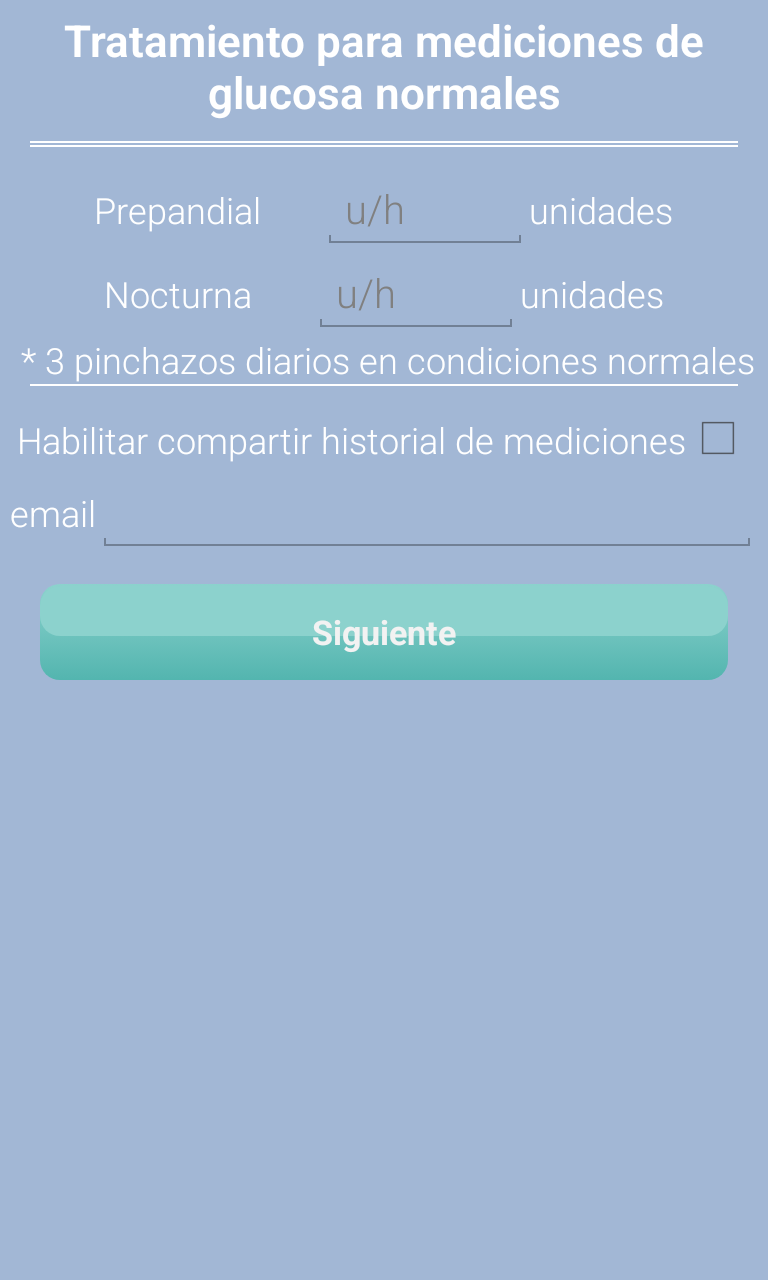
Repository: HectorGarciaMiguel/ssii-diabetes-060036
Layout: SeguimientoDiabetes/res/layout/activity_configuracion2_tipo1.xml
The author's editor kept a copy of each file at every save. The layout is drawn from the files as they stood at one save, then again after the next save.
It is drawn on a 768 x 1280 px phone screen (xhdpi) without system bars, with theme AppTheme; the app's code is not run.

Above is the layout before, as saved 2015-11-20 18:10:09.

After the next save:
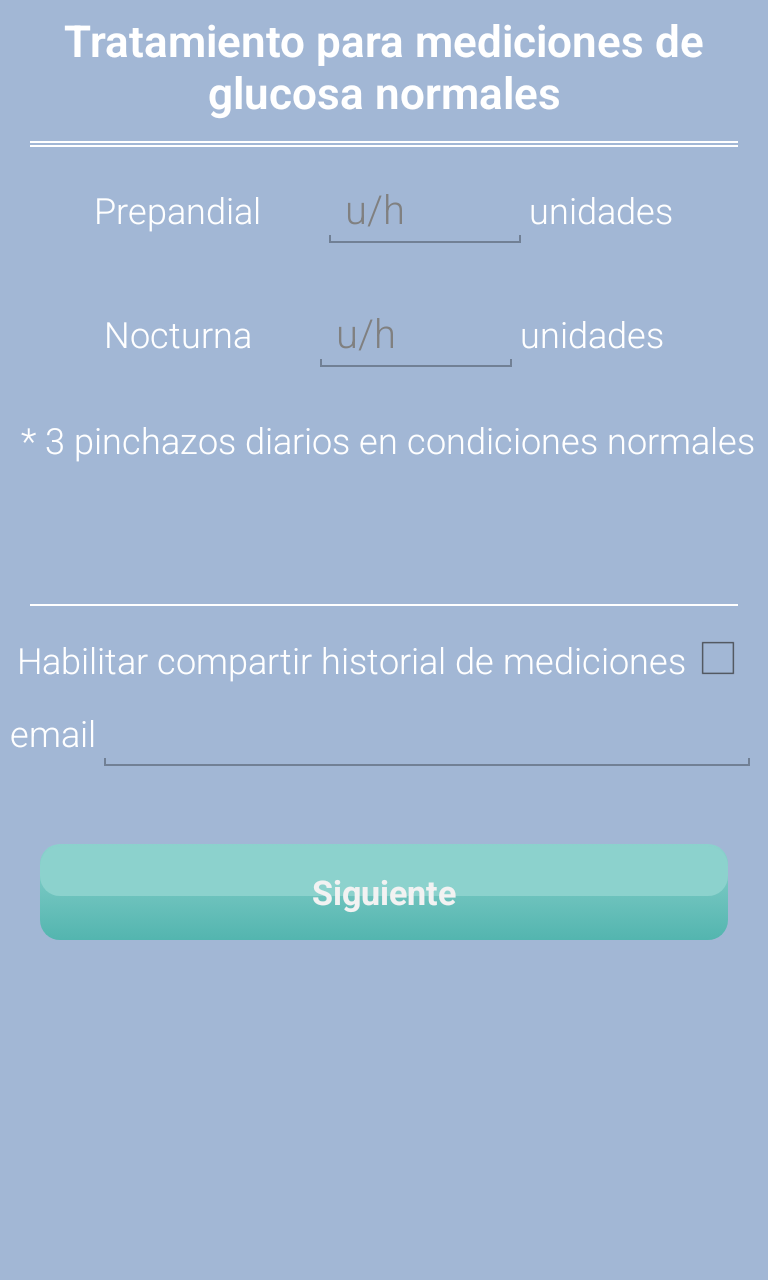
Saved 113 s later.
--- a/SeguimientoDiabetes/res/layout/activity_configuracion2_tipo1.xml
+++ b/SeguimientoDiabetes/res/layout/activity_configuracion2_tipo1.xml
@@ -48,7 +48,7 @@
         android:layout_height="wrap_content"
         android:orientation="horizontal"
         android:gravity="center_horizontal"
-        android:layout_weight="0.2">
+        android:layout_marginBottom="20dp" >
 
         <TextView
             android:id="@+id/textView2"
@@ -77,7 +77,7 @@
         android:layout_height="wrap_content"
         android:orientation="horizontal"
         android:gravity="center_horizontal"
-        android:layout_weight="0.2">
+        android:layout_marginBottom="20dp" >
 
         <TextView
             android:id="@+id/textView4"
@@ -106,7 +106,7 @@
         android:layout_height="wrap_content"
         android:orientation="horizontal"
         android:gravity="center_horizontal"
-        android:layout_weight="0.2">
+        android:layout_marginBottom="20dp" >
 
         <TextView
             android:id="@+id/textView8"
@@ -122,7 +122,7 @@
         android:layout_width="fill_parent"
         android:layout_height="wrap_content"
         android:orientation="horizontal"
-        android:layout_weight="0.7" >
+        android:layout_marginBottom="50dp" >
     </LinearLayout>
 
 
@@ -159,7 +159,7 @@
         android:layout_height="wrap_content"
         android:orientation="horizontal"
         android:gravity="center_horizontal"
-        android:layout_weight="0.2">
+        android:layout_marginBottom="20dp" >
 
         <TextView
             android:id="@+id/textView7"
@@ -180,7 +180,7 @@
         android:layout_height="wrap_content"
         android:orientation="horizontal"
         android:gravity="center_horizontal"
-        android:layout_weight="1" >
+        android:layout_marginBottom="20dp"  >
 
         <Button
             android:id="@+id/button1"
